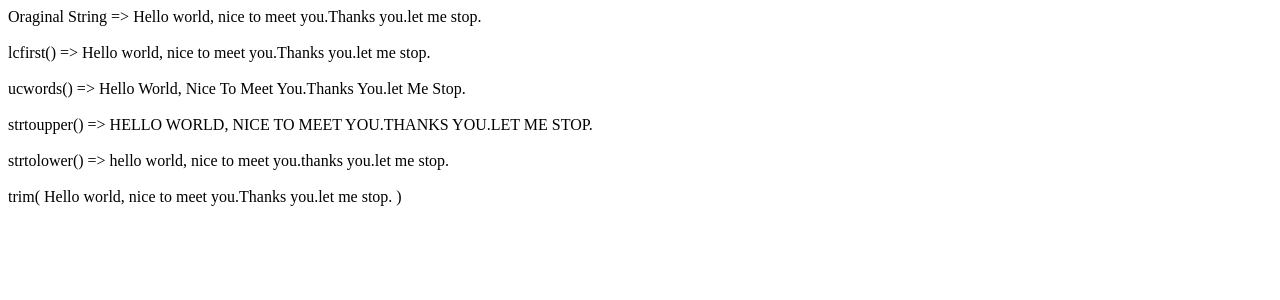
Repository: zinminkhantoo/assignment01
Page: http://localhost/String/printf_fprintf.php
These files come from the project's save history. The page is drawn as it stood at one moment and after the next save; the edit follows.
The browser window is 1280 px wide. The pictures show the whole page.
The page is run by PHP 8.4 with error messages shown; the project is at /var/www/html/.

Above is the page before, as saved 2020-04-12 09:55:46.

After the next save:
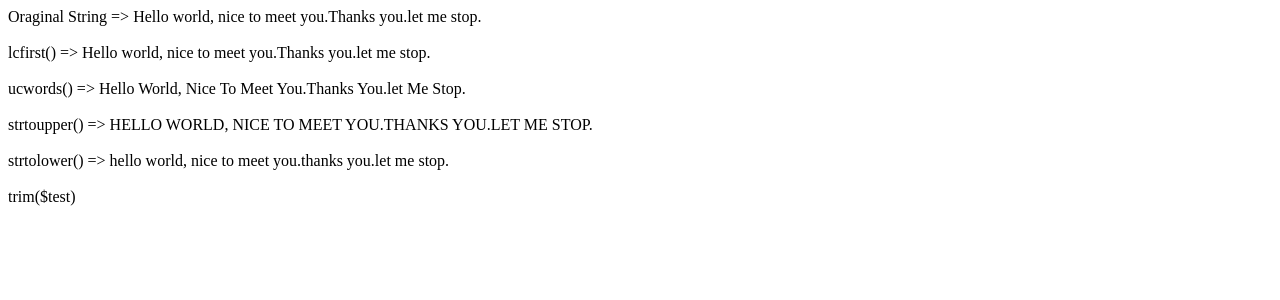
Saved 23 s later.
--- a/Test/String/printf_fprintf.php
+++ b/Test/String/printf_fprintf.php
@@ -5,5 +5,5 @@
     echo "ucwords() => " .ucwords($test)."</br></br>";
     echo "strtoupper() => ".strtoupper($test)."</br></br>";
     echo "strtolower() => ".strtolower($test)."</br></br>";
-    echo "trim($test)";
+    echo 'trim($test)';
 ?>
